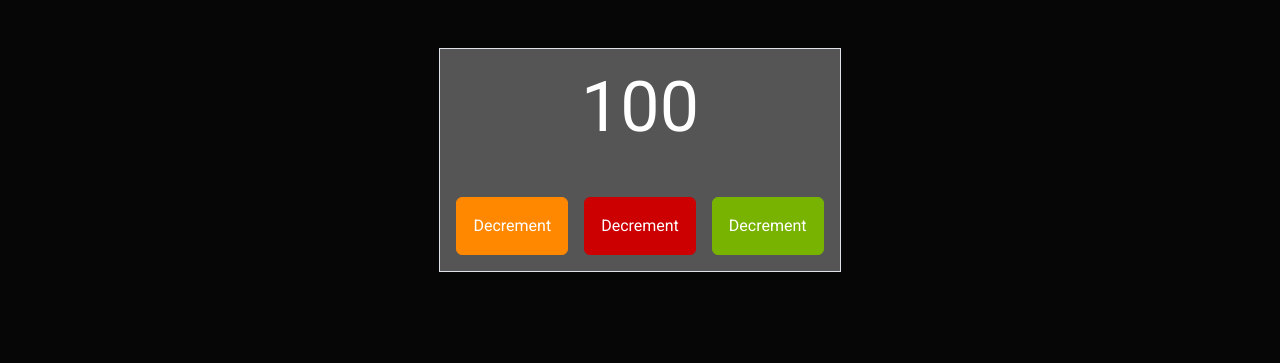
Repository: Afraz13/Emoboo
Page: /
These files come from the project's save history. The page is drawn as it stood at one moment and after the next save; the edit follows.
The browser window is 1280 px wide. The pictures show the whole page.
The project was rebuilt for these pictures with package versions that can differ from the ones it lists, and the page was loaded fresh each time.

Above is the page before, as saved 2024-08-15 12:41:31.

After the next save:
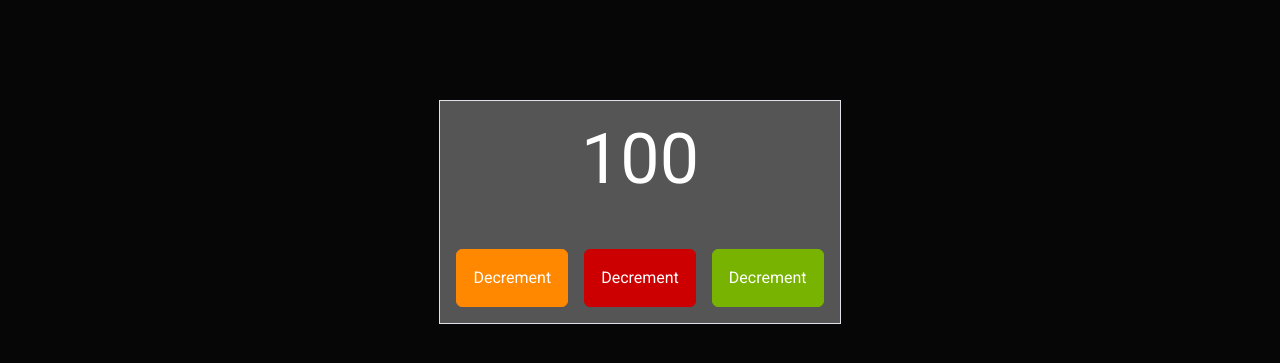
Saved 8 s later.
--- a/src/compontent/Counter.jsx
+++ b/src/compontent/Counter.jsx
@@ -2,7 +2,7 @@ import React from 'react'
 
 function Counter() {
   return (
-    <div style={{marginTop:'100px'}} className='d-flex justify-content-center align-items-center w-100  flex-column mt-5  '>
+    <div style={{marginTop:'100px'}} className='d-flex justify-content-center align-items-center w-100  flex-column   '>
         <div className='border p-3 bg-secondary '>
         <h1 style={{fontSize:'70px'}}>100</h1>
         <div className='mt-5'>
